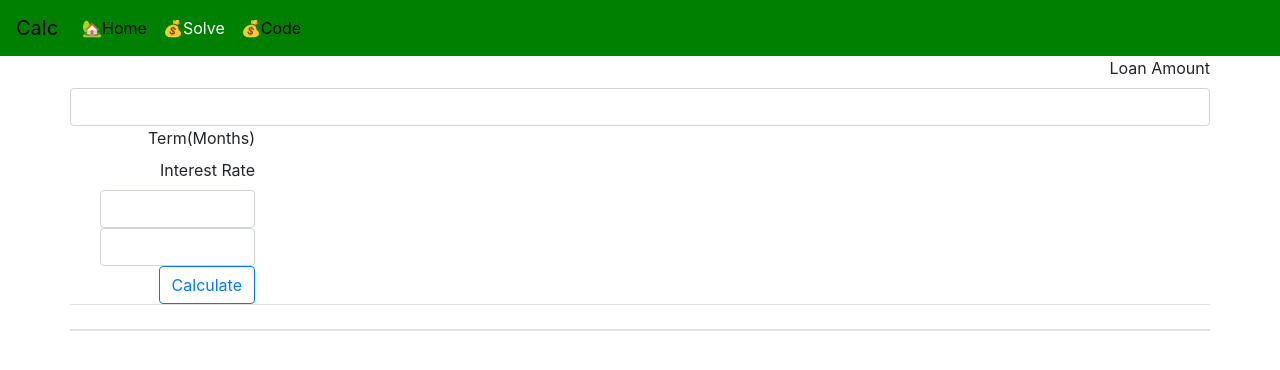
Repository: zhadjah9559/MortgageManager
Page: solve.html
These files come from the project's save history. The page is drawn as it stood at one moment and after a run of saves; the edit follows.
The browser window is 1280 px wide. The pictures show the whole page.

Above is the page before, as saved 2021-01-15 16:50:02.

### solve.html
<!doctype html>
<html lang="en">
  <head>
    <title>Mortgage Loan Calculator</title>
    <!-- Required meta tags -->
    <meta charset="utf-8">
    <meta name="viewport" content="width=device-width, initial-scale=1, shrink-to-fit=no">

    <!-- Bootstrap CSS -->
    <link rel="stylesheet" href="https://stackpath.bootstrapcdn.com/bootstrap/4.3.1/css/bootstrap.min.css" integrity="sha384-ggOyR0iXCbMQv3Xipma34MD+dH/1fQ784/j6cY/iJTQUOhcWr7x9JvoRxT2MZw1T" crossorigin="anonymous">
    <link rel="stylesheet" href="css/custom.css">
    <link rel="stylesheet" href="css/prism.css">
  </head>
  <body>

    <nav class="navbar navbar-expand-sm navbar-dark" style="background-color: green;">
        <a class="navbar-brand" href="#">Calc</a>
        <button class="navbar-toggler d-lg-none" type="button" data-toggle="collapse" data-target="#collapsibleNavId" aria-controls="collapsibleNavId"
            aria-expanded="false" aria-label="Toggle navigation"></button>
        <div class="collapse navbar-collapse" id="collapsibleNavId">
            <ul class="navbar-nav mr-auto mt-2 mt-lg-0">
                <li class="nav-item ">
                    <a class="nav-link" href="index.html">🏡Home </a>
                </li>
                <li class="nav-item active">
                    <a class="nav-link" href="solve.html">💰Solve <span class="sr-only">(current)</span></a>
                </li>
                <li class="nav-item">
                    <a class="nav-link" href="code.html">💰Code</a>
                </li>
            </ul>
        </div>
    </nav>

    <div class="container">
        <!--Input column-->
        <div class="row">
            <div class="col">

            </div>
            <label for="Loan Amount">Loan Amount</label>
            <input type="number" class="form-control" id="loanAmount">

        </div>
                <!--Label Columns-->
                <div class="col-2 text-right">
                    <label for="Term">Term(Months)</label>
                    <label for="Interest Rate">Interest Rate</label>
                </div>

                <!--Label Inputs-->
                <div class="col-2 text-right">
                    <input type="number" class="form-control" id="months">
                    <input type="number" class="form-control" id="interestRate">
                    <button class="btn btn-outline-primary" type="submit" onclick="calculateLoan()">Calculate</button>
                </div>



            <!--Display output column-->
            <div class="col-md">

            </div>


        <div class="row">
            <table class="table table-striped">
                <thead>
                    <tr>
                        <th></th>
                        <th></th>
                        <th></th>
                        <th></th>
                        <th></th>
                        <th></th>
                    </tr>
                </thead>
                <tbody id="tBody">

                </tbody>
            </table>
        </div>
    </div>

    <!-- Optional JavaScript -->
    <!-- jQuery first, then Popper.js, then Bootstrap JS -->
    <script src="https://code.jquery.com/jquery-3.3.1.slim.min.js" integrity="sha384-q8i/X+965DzO0rT7abK41JStQIAqVgRVzpbzo5smXKp4YfRvH+8abtTE1Pi6jizo" crossorigin="anonymous"></script>
    <script src="https://cdnjs.cloudflare.com/ajax/libs/popper.js/1.14.7/umd/popper.min.js" integrity="sha384-UO2eT0CpHqdSJQ6hJty5KVphtPhzWj9WO1clHTMGa3JDZwrnQq4sF86dIHNDz0W1" crossorigin="anonymous"></script>
    <script src="https://stackpath.bootstrapcdn.com/bootstrap/4.3.1/js/bootstrap.min.js" integrity="sha384-JjSmVgyd0p3pXB1rRibZUAYoIIy6OrQ6VrjIEaFf/nJGzIxFDsf4x0xIM+B07jRM" crossorigin="anonymous"></script>
    <script src="js/custom.js"></script>
    <script src="js/prism.js"></script>
  </body>
</html>

### css/custom.css
.navbar-dark .navbar-nav .active>.nav-link{
    color:white;
}
.navbar-dark .navbar-nav .nav-link{
    color:black;
}
.navbar .navbar-brand{
    color:black;
}

### css/prism.css
/* PrismJS 1.23.0
https://prismjs.com/download.html#themes=prism-okaidia&languages=markup+css+clike+javascript&plugins=normalize-whitespace */
/**
 * okaidia theme for JavaScript, CSS and HTML
 * Loosely based on Monokai textmate theme by http://www.monokai.nl/
 * @author ocodia
 */

code[class*="language-"],
pre[class*="language-"] {
	color: #f8f8f2;
	background: none;
	text-shadow: 0 1px rgba(0, 0, 0, 0.3);
	font-family: Consolas, Monaco, 'Andale Mono', 'Ubuntu Mono', monospace;
	font-size: 1em;
	text-align: left;
	white-space: pre;
	word-spacing: normal;
	word-break: normal;
	word-wrap: normal;
	line-height: 1.5;

	-moz-tab-size: 4;
	-o-tab-size: 4;
	tab-size: 4;

	-webkit-hyphens: none;
	-moz-hyphens: none;
	-ms-hyphens: none;
	hyphens: none;
}

/* Code blocks */
pre[class*="language-"] {
	padding: 1em;
	margin: .5em 0;
	overflow: auto;
	border-radius: 0.3em;
}

:not(pre) > code[class*="language-"],
pre[class*="language-"] {
	background: #272822;
}

/* Inline code */
:not(pre) > code[class*="language-"] {
	padding: .1em;
	border-radius: .3em;
	white-space: normal;
}

.token.comment,
.token.prolog,
.token.doctype,
.token.cdata {
	color: #8292a2;
}

.token.punctuation {
	color: #f8f8f2;
}

.token.namespace {
	opacity: .7;
}

.token.property,
.token.tag,
.token.constant,
.token.symbol,
.token.deleted {
	color: #f92672;
}

.token.boolean,
.token.number {
	color: #ae81ff;
}

.token.selector,
.token.attr-name,
.token.string,
.token.char,
.token.builtin,
.token.inserted {
	color: #a6e22e;
}

.token.operator,
.token.entity,
.token.url,
.language-css .token.string,
.style .token.string,
.token.variable {
	color: #f8f8f2;
}

.token.atrule,
.token.attr-value,
.token.function,
.token.class-name {
	color: #e6db74;
}

.token.keyword {
	color: #66d9ef;
}

.token.regex,
.token.important {
	color: #fd971f;
}

.token.important,
.token.bold {
	font-weight: bold;
}
.token.italic {
	font-style: italic;
}

.token.entity {
	cursor: help;
}

### js/custom.js
function calculateLoan(){
    let loanAmount = parseInt( document.getElementById("loanAmount").value )
    let months = parseInt( document.getElementById("months").value )
    //DONT FORGET TO CONVERT THIS TO A PERCENTAGE
    let interestRate = parseInt( document.getElementById("interestRate").value )

    //input validation to make sure interest is solid number
    if(interestRate >= 100){

    }


}

Loaded but not shown: js/prism.js (library)

After the next 5 saves:
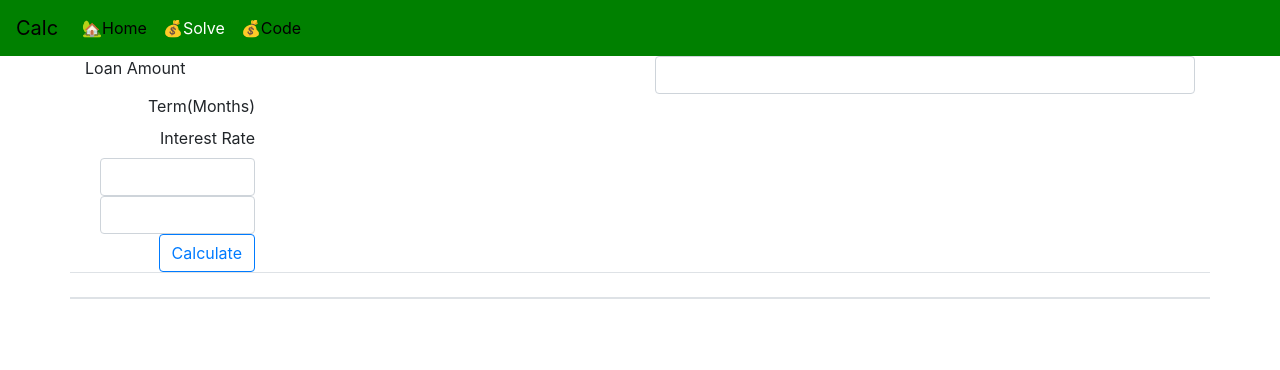
The 5 saves are shown as one change because they came seconds apart.
The last was saved 13 s later.
--- a/solve.html
+++ b/solve.html
@@ -36,10 +36,13 @@
         <!--Input column-->
         <div class="row">
             <div class="col">
+                <label for="Loan Amount">Loan Amount</label>
 
             </div>
-            <label for="Loan Amount">Loan Amount</label>
-            <input type="number" class="form-control" id="loanAmount">
+            <div class="col">
+                <input type="number" class="form-control" id="loanAmount">
+
+            </div>
 
         </div>
                 <!--Label Columns-->
